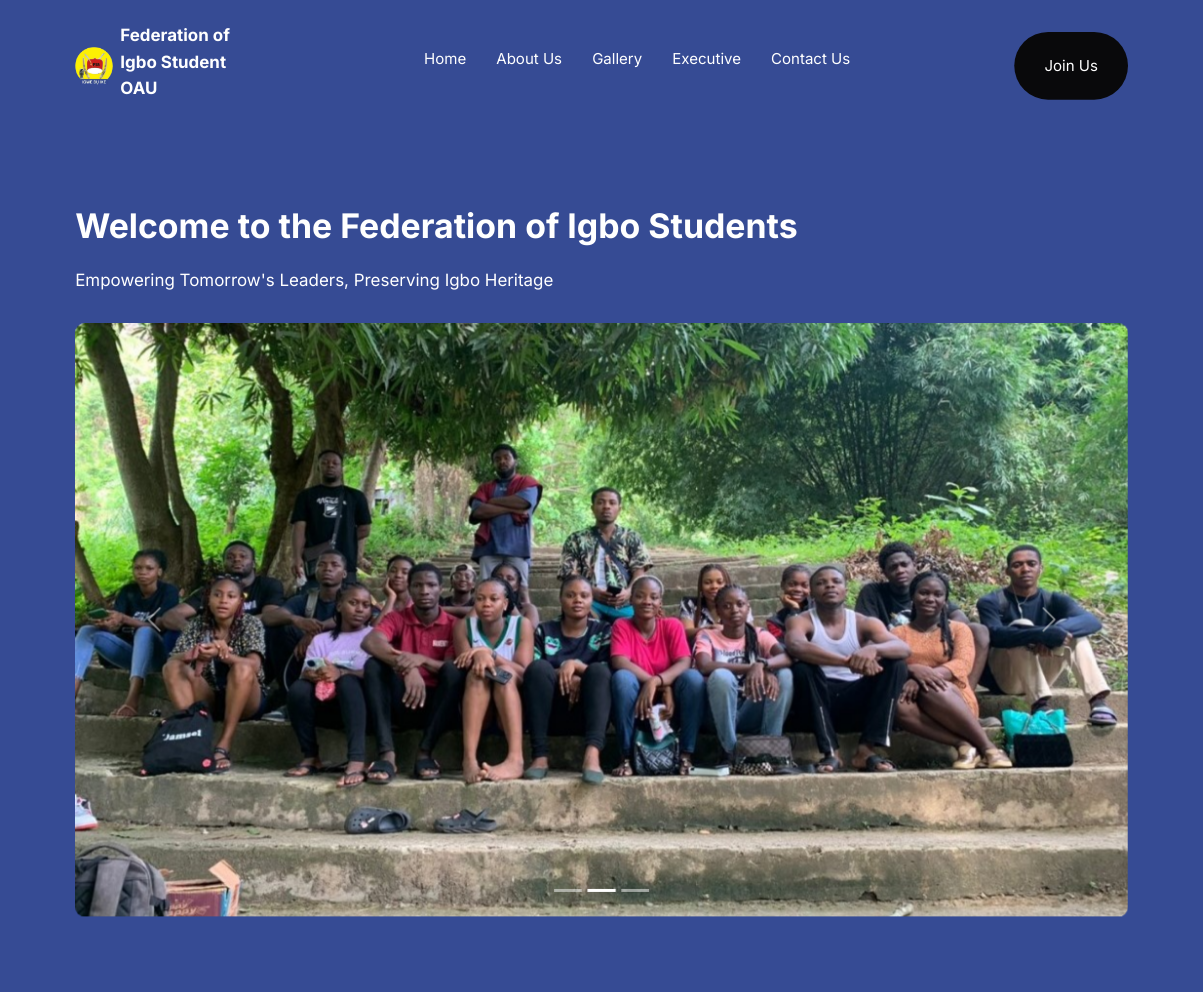
Repository: akinolapo/fis
Page: /
The author's editor kept a copy of each file at every save. The page is drawn from the files as they stood at one save, then again after a run of saves.
The browser window is 1280 px wide. The pictures show the whole page, at 94% of full size.
The project was rebuilt for these pictures with package versions that can differ from the ones it lists, and the page was loaded fresh each time. The framework's server and built-in components were replaced by stand-ins that run in the browser. Also part of the build but not shown: next.config.mjs.

Above is the page before, as saved 2024-05-05 15:31:25.

### app/layout.tsx
import type { Metadata } from "next";
import { Inter } from "next/font/google";
import "./globals.css";
import Header from "./components/Header/Header";



const inter = Inter({ subsets: ["latin"] });

export const metadata: Metadata = {
  title: "Federation of Igbo Student OAU",
  description: "Federation of Igbo Student OAU",
};

export default function RootLayout({
  children,
}: Readonly<{
  children: React.ReactNode;
}>) {
  return (
    <html lang="en">
      <body className={inter.className}>
        <Header/>
        {children}
        </body>
    </html>
  );
}

### app/page.tsx
import Hero from "./components/Hero/Hero";

export default function Home() {
  return (
    <main>
      <Hero/>
    </main>
  );
}

### app/globals.css
@tailwind base;
@tailwind components;
@tailwind utilities;z

*{
  margin: 0;
  padding: 0;
}

body {
  background: #364B94 !important;
  color: #ffffff;
  padding: 0 80px;
}

@layer utilities {
  .text-balance {
    text-wrap: balance;
  }
}

### app/components/Header/Header.tsx

const Header = () => {
  return (
    <header className="flex justify-between items-center py-4 text-white">
      {/* Logo and Site Title */}
      <div className="flex items-center">
        <img src="/logo.png" alt="Logo" className="w-10 h-10 mr-2" />
        <h1 className="text-lg font-bold">Federation of <br></br>Igbo Student<br></br> OAU</h1>
      </div>

      {/* Menu */}
      <nav className="flex justify-center flex-grow">
        <ul className="flex gap-8">
          <li className="cursor-pointer hover:text-gray-400">Home</li>
          <li className="cursor-pointer hover:text-gray-400">About Us</li>
          <li className="cursor-pointer hover:text-gray-400">Gallery</li>
          <li className="cursor-pointer hover:text-gray-400">Executive</li>
          <li className="cursor-pointer hover:text-gray-400">Contact Us</li>
        </ul>
      </nav>

      {/* Join Us Button */}
      <button className="rounded-full py-4 px-8 bg-zinc-950 hover:bg-black text-white">
        Join Us
      </button>
    </header>
  );
};

export default Header;

### app/components/Hero/Hero.tsx
import Image from "next/image";
import Slider from "../Slider/Slider";

const Hero = () => {
  return (
    <div className="text-white py-20">
      <h2 className="text-4xl font-bold mb-4">
        Welcome to the Federation of Igbo Students
      </h2>
      <p className="text-lg mb-8">
        Empowering Tomorrow's Leaders, Preserving Igbo Heritage
      </p>
      <Slider/>
    </div>
  );
};

export default Hero;

### app/components/Slider/Slider.tsx
'use client'
import { Carousel } from 'react-bootstrap'
import Image from 'next/image'

import './slider.css'
import './bootstrap.min.css';

const Slider = () => {
  return (
    <section className="slider-head">
      <Carousel className="slider" pause={false} interval={4000}>
        <Carousel.Item className="sliderWrapper">
          <div className="slideImg">
            <Image
              src="/images/hero.jpeg"
              alt="promotion"
              width={720}
              height={480}
              className="imageOverlay"
            />
          </div>
        </Carousel.Item>

        <Carousel.Item className="sliderWrapper">
          <div className="slideImg">
            <Image
              src="/images/hero.jpeg"
              alt="promotion"
              width={720}
              height={480}
              className="imageOverlay"
            />
          </div>
        </Carousel.Item>

        <Carousel.Item className="sliderWrapper">
          <div className="slideImg">
            <Image
              src="/images/hero.jpeg"
              alt="promotion"
              width={720}
              height={480}
              className="imageOverlay"
            />
          </div>
        </Carousel.Item>
      </Carousel>
    </section>
  )
}

export default Slider

### app/components/Slider/slider.css
/* slider.css */

.slider {
    position: relative;
  }


  .slideImg {
    position: relative;
  }

  .imageOverlay {
    width: 100%;
    height: auto;
    border-radius: 10px;
  }

Loaded but not shown: app/components/Slider/bootstrap.min.css (library); tailwind.config.ts (common file)

After the next 2 saves:
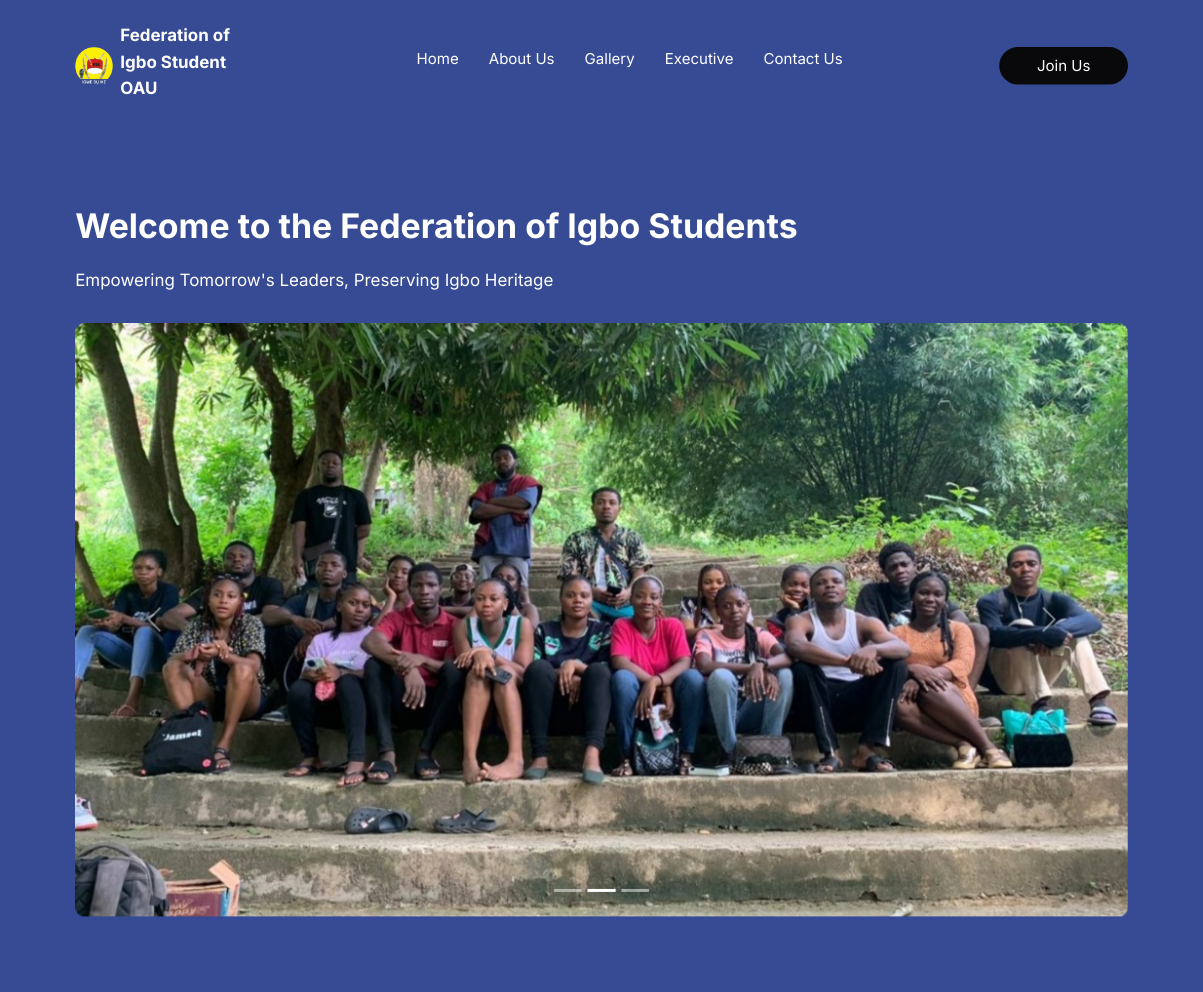
The 2 saves are shown as one change because they came seconds apart.
The last was saved 10 s later.
--- a/app/components/Header/Header.tsx
+++ b/app/components/Header/Header.tsx
@@ -20,7 +20,7 @@ const Header = () => {
       </nav>
 
       {/* Join Us Button */}
-      <button className="rounded-full py-4 px-8 bg-zinc-950 hover:bg-black text-white">
+      <button className="rounded-full py-2 px-10 bg-zinc-950 hover:bg-black text-white">
         Join Us
       </button>
     </header>
